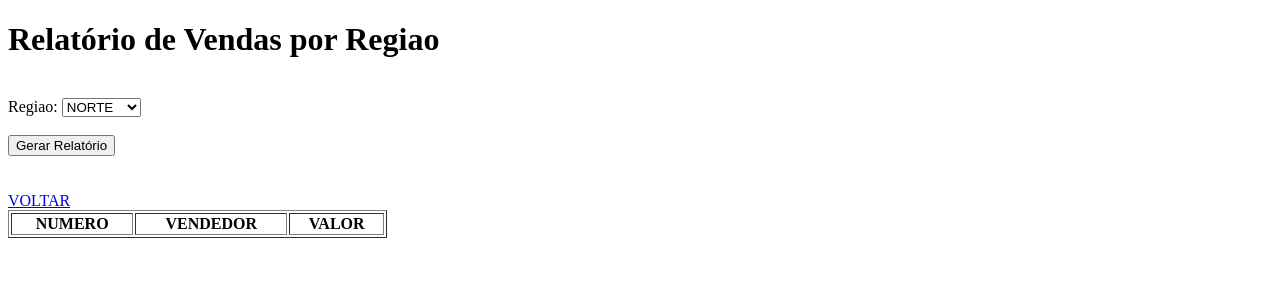
Repository: gabriellacrystina/workspaceWeb
Page: http://localhost/PrjVendas/RelatorioVendasRegiao.jsp
These files come from the project's save history. The page is drawn as it stood at one moment and after the next save; the edit follows.
The browser window is 1280 px wide. The pictures show the whole page.
The page is served by Tomcat 9. Other server files are loaded and not shown.

Above is the page before, as saved 2015-09-23 18:19:07.

### PrjVendas/WebContent/RelatorioVendasRegiao.jsp
<%@ page language="java" contentType="text/html; charset=ISO-8859-1"
    pageEncoding="ISO-8859-1"%>
<%@ page import="Modelo.Venda" %>
<%@ page import="Modelo.Regiao" %>
<%@ page import="java.util.ArrayList" %>
<!DOCTYPE html PUBLIC "-//W3C//DTD HTML 4.01 Transitional//EN" "http://www.w3.org/TR/html4/loose.dtd">
<html>
	<head>
	<meta http-equiv="Content-Type" content="text/html; charset=ISO-8859-1">
	<title>Relatorio por Regiao</title>
	</head>
	<body>
		<form action="RelatorioVendasRegiao" method="post">
		<h1>Relatório de Vendas por Regiao</h1><br>

		Regiao:
		<select name="regiao">
			<%
				for(Regiao regiao: Regiao.values()){
				%>
					<option value = "<%=regiao.name()%>"><%=regiao.name()%></option>
				<%
				}
			%>
		</select><br><br>
		<input type="submit" name="btnSubmit" value="Gerar Relatório"><br><br><br>
		</form>
		<!--Fim o formulario-->

		<%
			ArrayList<Venda> relatorio = (ArrayList<Venda>) session.getAttribute("relatorio");
		%>

		<table border="1" style="width:30%">
			<thead>
				<tr>
					<th>NUMERO</th>
					<th>VENDEDOR</th>
					<th>VALOR</th>
				</tr>
			</thead>




		<a href="Menu.jsp">VOLTAR</a><br>
	</body>
</html>

### PrjVendas/src/Modelo/Regiao.java
package Modelo;

public enum Regiao {
	NORTE, SUL, LESTE, OESTE, CENTRO;
}

After the next save:
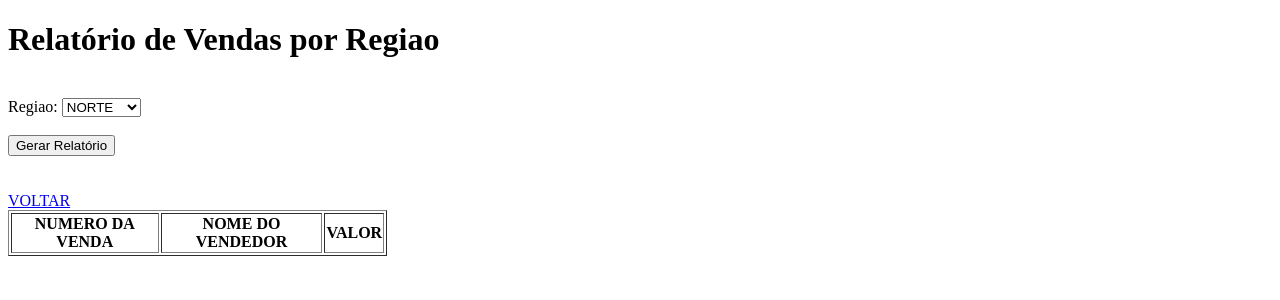
Saved 2 min 55 s later.
--- a/PrjVendas/WebContent/RelatorioVendasRegiao.jsp
+++ b/PrjVendas/WebContent/RelatorioVendasRegiao.jsp
@@ -29,13 +29,16 @@
 
 		<%
 			ArrayList<Venda> relatorio = (ArrayList<Venda>) session.getAttribute("relatorio");
+
+			Object qtde = request.getParameter("quantidade");
+
 		%>
 
 		<table border="1" style="width:30%">
 			<thead>
 				<tr>
-					<th>NUMERO</th>
-					<th>VENDEDOR</th>
+					<th>NUMERO DA VENDA</th>
+					<th>NOME DO VENDEDOR</th>
 					<th>VALOR</th>
 				</tr>
 			</thead>
